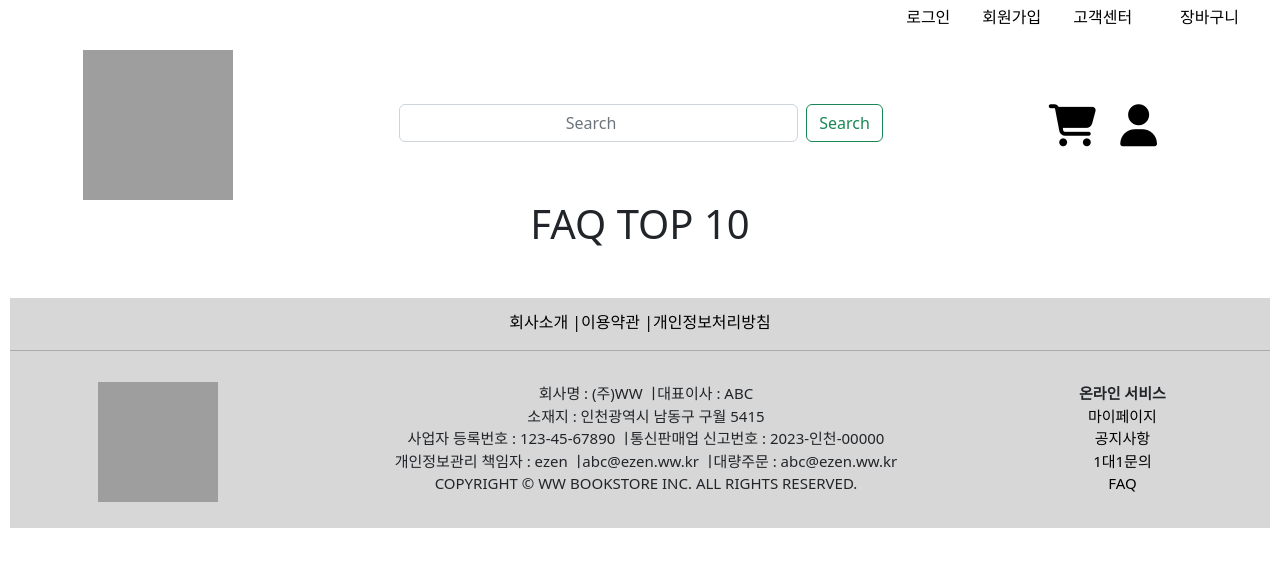
Repository: bongbongi/book1
Page: http://localhost/book/WEB-INF/views/board/boardFaq.jsp
The author's editor kept a copy of each file at every save. The page is drawn from the files as they stood at one save, then again after the next save.
The browser window is 1280 px wide. The pictures show the whole page.
Pictures or frames that could not be fetched are drawn as grey boxes. Some web libraries are served in a nearby version. The page is served by Tomcat 9. Nobody is signed in. Other server files are loaded and not shown. The template is opened directly, without the code that normally fills it, so the values that code supplies are empty.

Above is the page before, as saved 2023-01-05 16:17:14.

### book/src/main/webapp/WEB-INF/views/board/boardFaq.jsp
<%@ page language="java" contentType="text/html; charset=UTF-8" pageEncoding="UTF-8"%>
<%@ taglib uri="http://java.sun.com/jsp/jstl/core" prefix="c"%>
<!DOCTYPE html>
<html>
<head>
<meta charset="UTF-8">
<title>Insert title here</title>
<link href="https://cdn.jsdelivr.net/npm/bootstrap@5.2.3/dist/css/bootstrap.min.css" rel="stylesheet" integrity="sha384-rbsA2VBKQhggwzxH7pPCaAqO46MgnOM80zW1RWuH61DGLwZJEdK2Kadq2F9CUG65" crossorigin="anonymous">
<script src="https://cdn.jsdelivr.net/npm/bootstrap@5.2.3/dist/js/bootstrap.bundle.min.js" integrity="sha384-kenU1KFdBIe4zVF0s0G1M5b4hcpxyD9F7jL+jjXkk+Q2h455rYXK/7HAuoJl+0I4" crossorigin="anonymous"></script>
<style>
*{
	text-align: center;
}
.accordion-flush {
	margin: 50px auto;
	width: 500px;

}
.accordion-body{
	text-align: left;
}
</style>
</head>
<body>
	<jsp:include page="../layout/header.jsp"></jsp:include>
	<h1>FAQ TOP 10</h1>
	<div class="accordion accordion-flush" id="accordionFlushExample">
		<c:forEach items="${li }" var="faq" varStatus="i" begin="0" end="9">
			<div class="accordion-item">
				<h2 class="accordion-header" id="flush-heading${i.count }">
					<button class="accordion-button collapsed" type="button" data-bs-toggle="collapse" data-bs-target="#flush-collapse${i.count }" aria-expanded="false" aria-controls="flush-collapse${i.count }">${i.count} ${faq.faq_question }</button>
				</h2>
				<div id="flush-collapse${i.count }" class="accordion-collapse collapse" aria-labelledby="flush-heading${i.count }" data-bs-parent="#accordionFlushExample">
					<div class="accordion-body">${faq.faq_answer }</div>
				</div>
			</div>
		</c:forEach>
	</div>
	<jsp:include page="../layout/footer.jsp"></jsp:include>
</body>
</html>

### book/src/main/webapp/WEB-INF/views/layout/header.jsp
<%@ page language="java" contentType="text/html; charset=UTF-8"
    pageEncoding="UTF-8"%>
<%@ taglib uri="http://java.sun.com/jsp/jstl/core" prefix="c"%>
<!-- CSS only -->
<link href="https://cdn.jsdelivr.net/npm/bootstrap@5.2.2/dist/css/bootstrap.min.css"
rel="stylesheet" integrity="sha384-Zenh87qX5JnK2Jl0vWa8Ck2rdkQ2Bzep5IDxbcnCeuOxjzrPF/et3URy9Bv1WTRi"
crossorigin="anonymous">
<!DOCTYPE html>
<html>
<head>
<script src="https://kit.fontawesome.com/92e616dfba.js" crossorigin="anonymous"></script>
<meta charset="UTF-8">
<title>Insert title here</title>
<style>
body{
    margin:0 auto;
}
.header{
    width: 1260px;
    height: 200px;
   /*  background-color: pink; */
}
.menu{
	display: flex;
	justify-content: flex-end;
	padding:5px;

}
.logo{
    width: 150px;
    height: 150px;
    background-color: blue;
}
.logo>a>img{
 	width: 150px;
    height: 150px;
}
.searchBar{
	/* position:absolute; */
    width: 484px;
    height: 42px;
    /* background-color: gold; */
    margin-top:54px;
    border-radius: 30px;

}
.bar{

	height: 150px;
	display: flex;
	flex-direction: row;
	flex-wrap:nowrap;
	justify-content:space-around;
/* 	align-items: baseline; */


}
i{
    font-size: 42px;
    color: black;
    margin-top:54px;
    margin-right: 20px;
}
</style>
</head>
<body>

<div class="header">
    <div class="menu">
        <c:if test="${ses.mem_id ==null}">
        <ul><a href="/mem/loginPage">로그인</a></ul>
        <ul><a href="/mem/joinPage">회원가입</a></ul>
        </c:if>
        <c:if test="${ses.mem_id == 'admin' }">
        <ul><a href="/mem/logOut">로그아웃</a></ul>
        <ul><a href="/mem/adminpage">관리인페이지</a></ul>
        </c:if>
        <c:if test="${ses.mem_id !=null && ses.mem_id !='admin' }">
        <ul><a href="/mem/logOut">로그아웃</a></ul>
        <ul><a href="/mem/mypage">마이페이지</a></ul>
        </c:if>
        <ul><a href="#">고객센터</a></ul>
        <ul><a href="#">장바구니　　</a></ul>
    </div>
    <div class="bar">
	    <div class="logo">
			<a href="/"><img src="./resources/logo.jpg" alt="로고"></a>
	    </div>
			<div class="searchBar">
				<form class="d-flex" role="search">
			        <input class="form-control me-2" type="search" placeholder="Search" aria-label="Search">
			        <button class="btn btn-outline-success" type="submit">Search</button>
		        </form>
			</div>
	    <div class="icons">
			<a href=""><i class="fa-solid fa-cart-shopping"></i></a>
            <a href=""><i class="fa-solid fa-user"></i></a>
	    </div>
    </div>
</div>
</body>
</html>

### book/src/main/webapp/WEB-INF/views/layout/footer.jsp
<%@ page language="java" contentType="text/html; charset=UTF-8"
	pageEncoding="UTF-8"%>
<!DOCTYPE html>
<html>
<head>
<meta charset="UTF-8">
<title>Insert title here</title>
<style>
.footer {
	width: 1260px;
	height: 230px;
	background-color: rgba(175, 175, 175, 0.5);
	margin: 0 auto;
}

.footer-logo {

	width: 120px;
	height: 120px;
	background-color: beige;
}
.footer-logo>img{
	width: 120px;
	height: 120px;
}

.address-box {
	text-align: left;
	padding: 0;
	margin: 0;
}

.address {
	padding: 15px;
	height: 150px;
	display: flex;
	font-size: 15px;
	/* align-items: baseline; */
	flex-direction: row;
	flex-wrap: nowrap;
	justify-content: space-around;
}

ul {
	list-style: none;
}

.footer, .address li {

}

.footer-top {
	text-align: center;
	padding-top: 12px;
}

.footer-top>ul {
	margin: 0;
	padding: 0;
	display: flex;
	justify-content: center;
}

.footer-top>li {
	margin: 0;
	padding: 0;
}

a {
	text-decoration-line: none;
	color: black;
}

a:visited {
	text-decoration: none;
}

a:hover {
	text-decoration: none;
}

a:focus {
	text-decoration: none;
}

a:hover, a:active {
	text-decoration: none;
}

.online-serviceBar {
	padding: 0px;
	margin-left: 20px;
	width: 120px;
	height: 120px;
}

.online-serviceBar>ul {
	margin: 0px;
	padding: 0px;
}

</style>

</head>

<body>
	<div class="footer">
		<div class="footer-top">
			<ul>
				<li><a href="">회사소개 | </a></li>
				<li><a href="">이용약관 | </a></li>
				<li><a href="">개인정보처리방침</a></li>
			</ul>
		</div>
		<hr>
		<div class="address">
			<div class="footer-logo">
				<img src="./resources/logo.jpg" alt="로고">
			</div>
			<div class="address-box">
				<ul>
					<li>회사명 : (주)WW <span style="margin-right: -7px;">ㅣ</span>
						대표이사 : ABC
					</li>

					<li>소재지 : 인천광역시 남동구 구월 5415</li>
					<li>사업자 등록번호 : 123-45-67890 <span style="margin-right: -7px;">ㅣ</span>
						통신판매업 신고번호 : 2023-인천-00000
					</li>

					<li>개인정보관리 책임자 : ezen <span style="margin-right: -7px;">ㅣ</span>
						abc@ezen.ww.kr <span style="margin-right: -7px;">ㅣ</span> 대량주문 :
						abc@ezen.ww.kr
					</li>

					<li>COPYRIGHT © WW BOOKSTORE INC. ALL RIGHTS RESERVED.</li>

				</ul>

			</div>
			<div class="online-serviceBar">
				<strong>온라인 서비스</strong>
				<ul>
					<li><a href="">마이페이지</a></li>
					<li><a href="">공지사항</a></li>
					<li><a href="">1대1문의</a></li>
					<li><a href="">FAQ</a></li>
				</ul>
			</div>
		</div>
	</div>

</body>
</html>

After the next save:
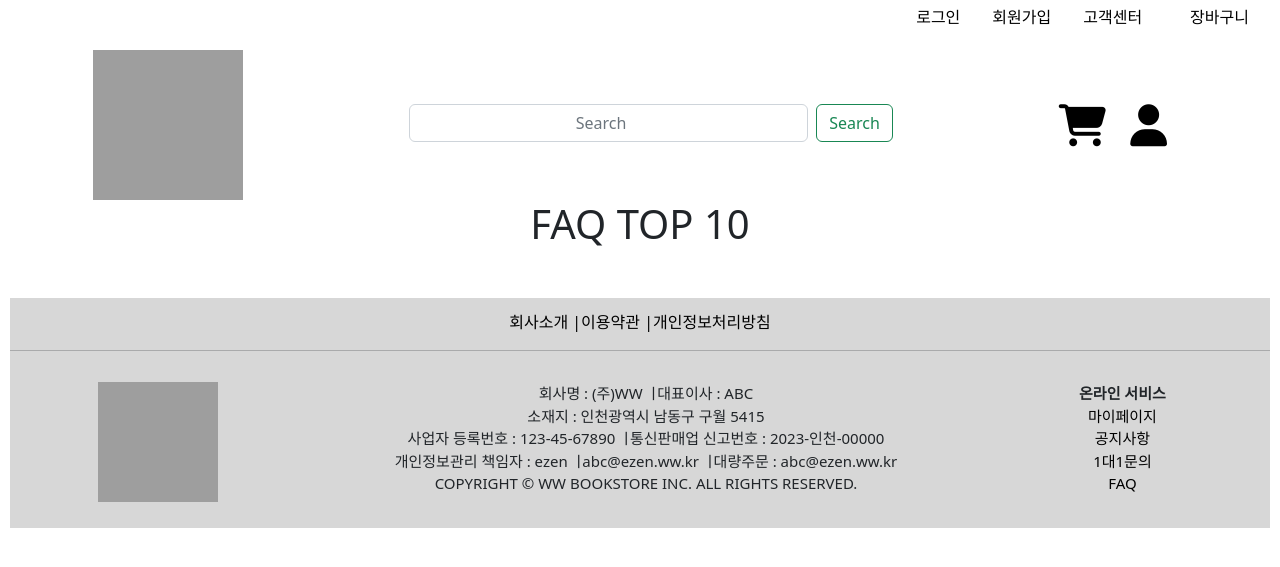
Saved 32 h 59 min later.
--- a/book/src/main/webapp/WEB-INF/views/layout/header.jsp
+++ b/book/src/main/webapp/WEB-INF/views/layout/header.jsp
@@ -13,9 +13,9 @@ crossorigin="anonymous">
 <title>Insert title here</title>
 <style>
 body{
-    margin:0 auto;
 }
 .header{
+    margin:0 auto;
     width: 1260px;
     height: 200px;
    /*  background-color: pink; */
